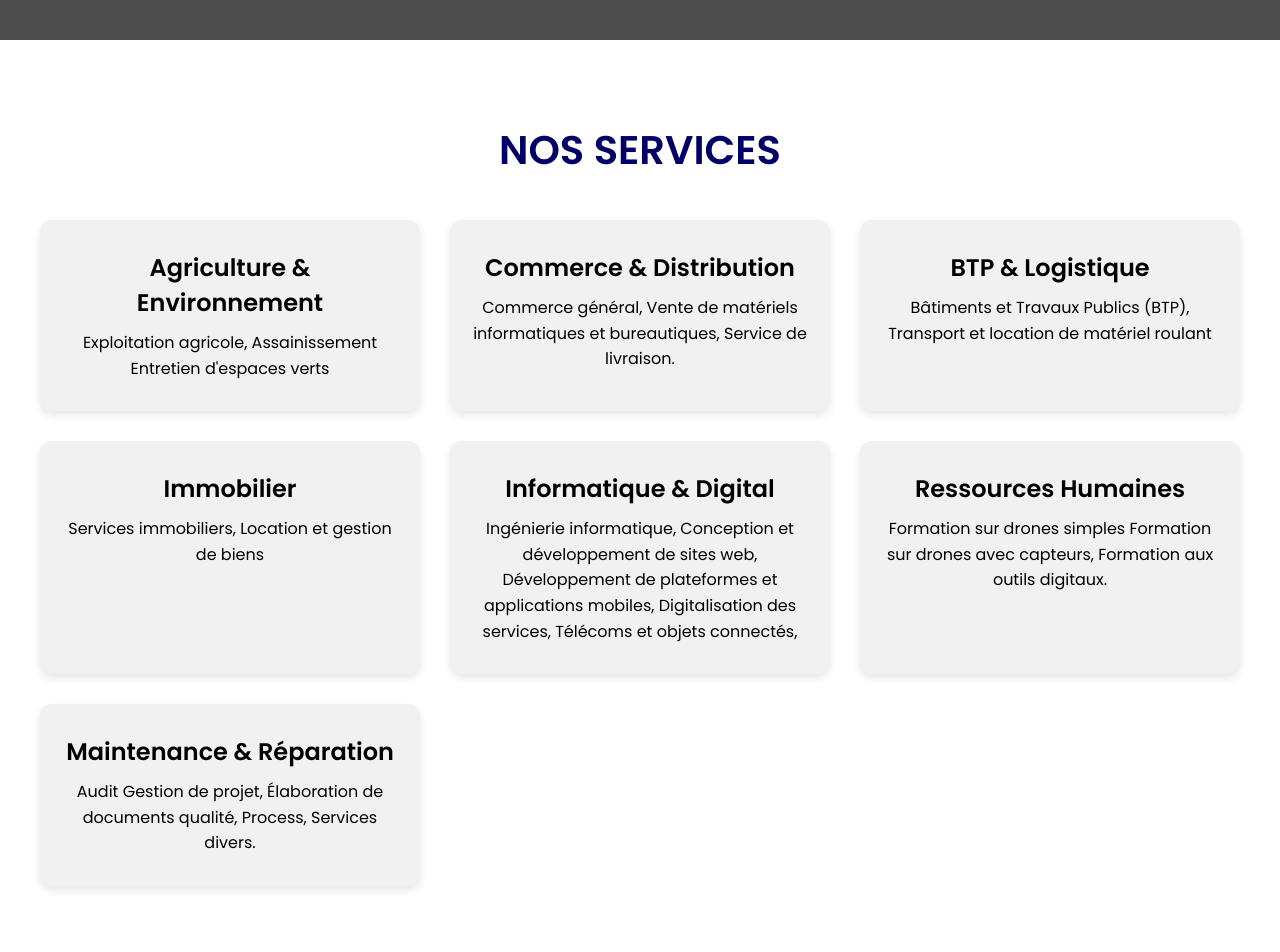
Repository: prestige225/prestige_services_et_finances
Page: AM.HTML
An editor plug-in stored every save of this project. The page is shown before and after the next save, followed by the edit.
The browser window is 1280 px wide. The pictures show the part of the page from y = 780 to 1732 px (the page is 1746 px tall before and 1911 px after).
Pictures or frames that could not be fetched are drawn as grey boxes.

Above is the page before, as saved 2025-05-30 02:17:25.
Not found: style.css

After the next save:
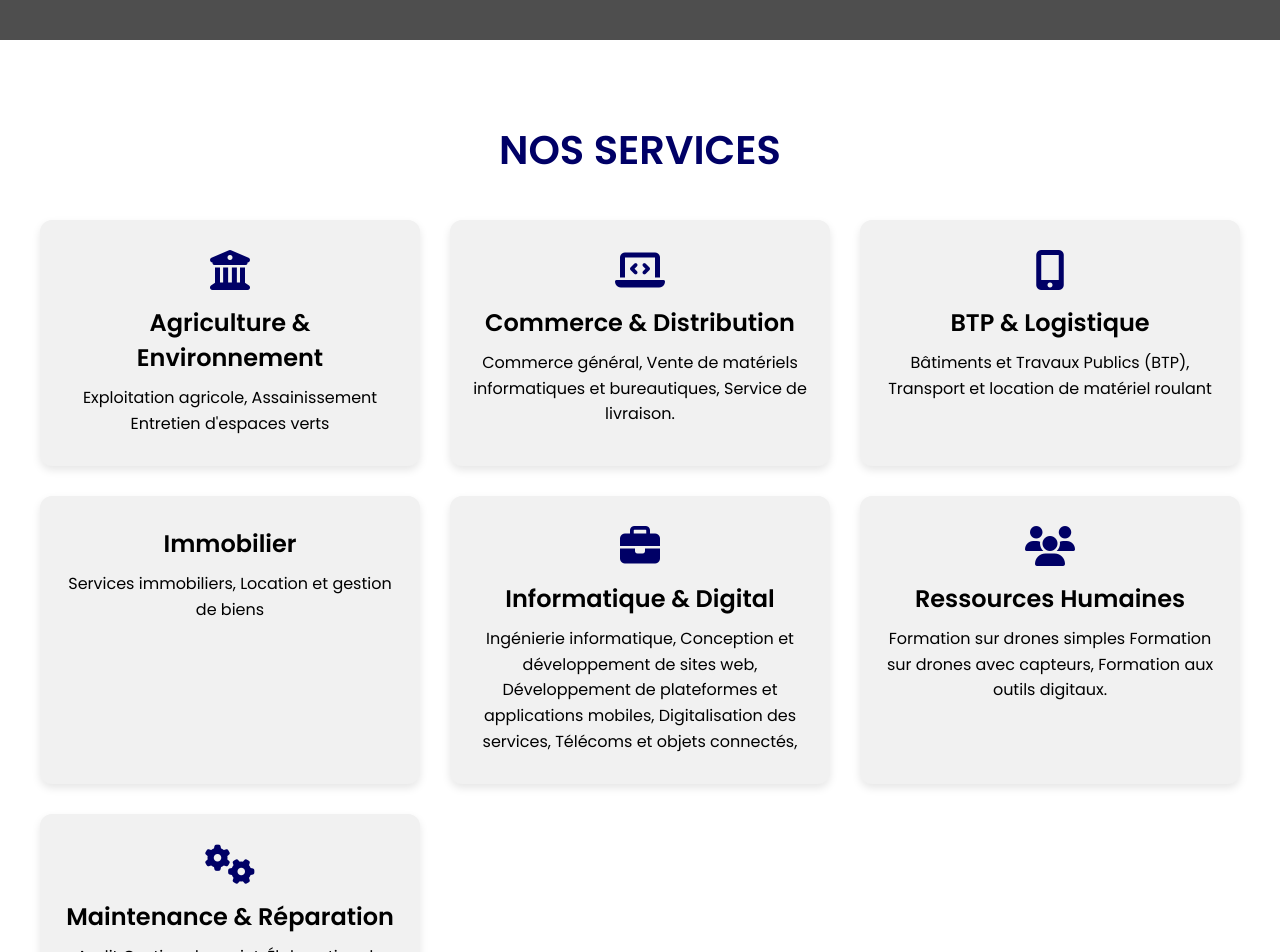
Saved 64 s later.
--- a/AM.HTML
+++ b/AM.HTML
@@ -6,6 +6,8 @@
   <meta name="viewport" content="width=device-width, initial-scale=1.0">
   <title>Prestige Service et Finance</title>
   <link rel="stylesheet" href="style.css">
+  <link rel="stylesheet" href="https://cdnjs.cloudflare.com/ajax/libs/font-awesome/6.5.0/css/all.min.css">
+
   <style>
     @import url('https://fonts.googleapis.com/css2?family=Poppins:wght@300;400;600&display=swap');
 
